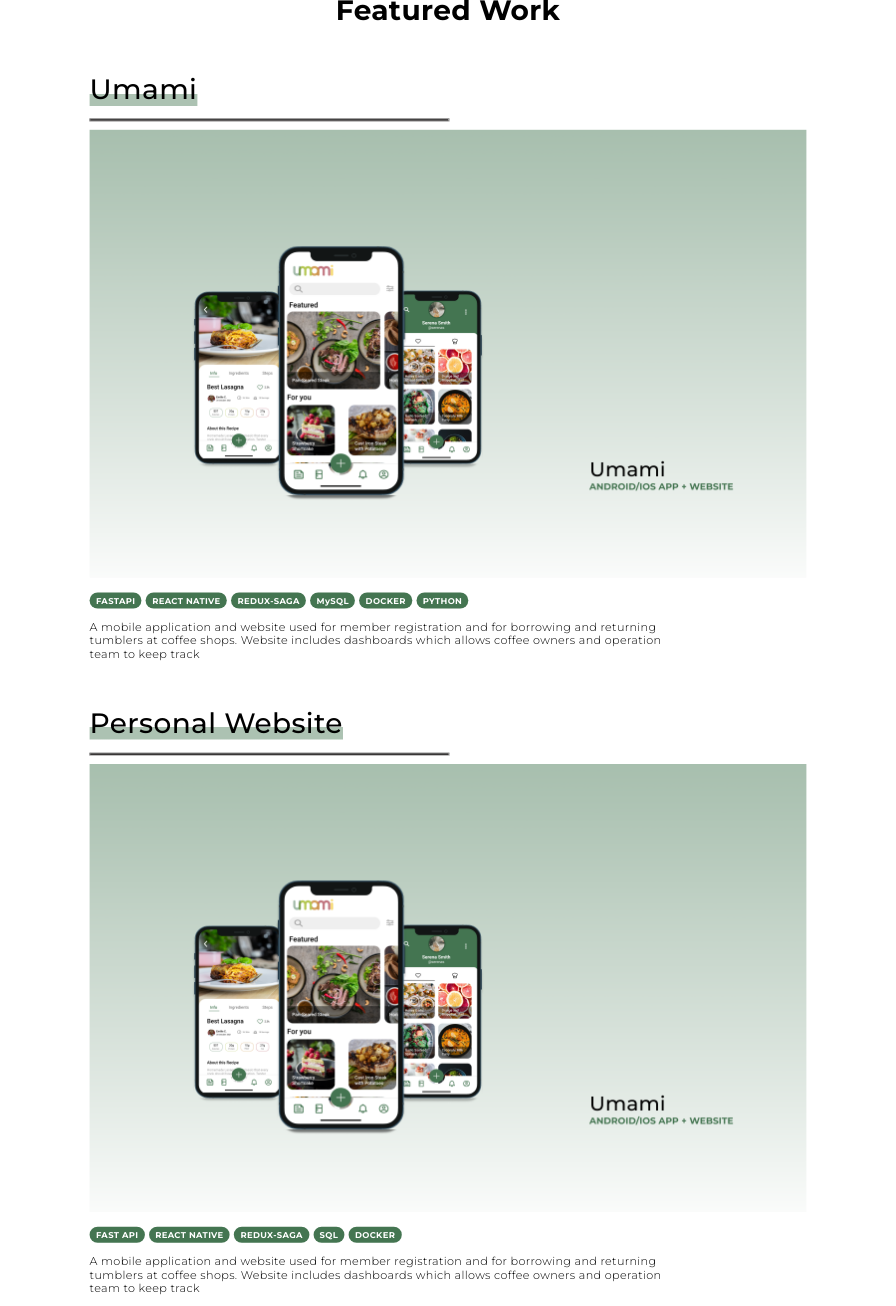
Repository: TangMartin/martintang
Page: index.html
An editor plug-in stored every save of this project. The page is shown before and after the next save, followed by the edit.
The browser window is 1280 px wide. The pictures show the part of the page from y = 1019 to 2939 px (the page is 2884 px tall before and 2939 px after), at 70% of full size.

Above is the page before, as saved 2021-11-24 21:44:00.

### index.html
<!DOCTYPE html>

<html>
    <head>
        <link href="./styles/style.css" rel="stylesheet">
        <link rel="preconnect" href="https://fonts.googleapis.com">
        <link rel="preconnect" href="https://fonts.gstatic.com" crossorigin>
        <link href="https://fonts.googleapis.com/css2?family=Montserrat:wght@300;500;700&display=swap" rel="stylesheet">
        <title> Martin Tang</title>
    </head>

    <body>
        <!-- Nav Bar-->
        <!-- Main Page-->
        <div class="flex-main">
            <!-- Left Box-->
            <div class="flex-left">
                <h1>Hello! <span class="wave">👋🏻</span> </h1>
                <h1>I'm Martin Tang</h1>
                <hr style="height:5px; width:15%; margin-left:0; background-color:#222020; display: inline-block">
                <h3>I'm a <strong>developer</strong> who believes in leveraging technology to build a more inclusive, ethical and innovative future. </h3>
                <h3>I strive to create genuine relationships and values for both businesses, organizations, and users.</h3>
            </div>
            <!-- Right Box-->
            <div class="flex-right">
                <div class="image-stack">
                    <a style="grid-column: 8; grid-row: 10; cursor: pointer; --turn-radius: 12deg; cursor: pointer;" href="./Martin_Tang_Resume.pdf" target="_blank" download>
                        <img src="./assets/polaroids/Resume.png"/>
                    </a>
                    <img style="grid-column: 3; grid-row: 1; --turn-radius: -12deg;" src="./assets/polaroids/Apsc100.png" />
                    <img style="grid-column: 1; grid-row: 7; --turn-radius: -12deg;" src="./assets/polaroids/Sunset.png" />
                    <img style="grid-column: 7; grid-row: 5; --turn-radius: 15deg;" src="./assets/polaroids/Hongkongpng.png" />
                    <a style="grid-column: 3; grid-row: 12; --turn-radius: -12deg; cursor: pointer;" href="./pages/aboutme.html">
                        <img src="./assets/polaroids/Aboutme.png" />
                    </a>
                    <img style="grid-column: 4; grid-row: 5; --turn-radius: -4deg;"src="./assets/polaroids/Jetski.png" />
                    <a style="grid-column: 5; grid-row: 9; --turn-radius: 10deg; cursor: pointer;" href="#featuredwork">
                        <img src="./assets/polaroids/Projects.png"/>
                    </a>
                </div>
            </div>
        </div>
        <div class="featured_work" id="featuredwork">
            <!-- Featured Work -->
            <h1 style="text-align: center; padding-top: 5rem;"> Featured Work </h1>
            <ul class="work_list">

                <!-- Umami -->
                <li class="work_item">
                    <h1><span class="highlight" style="--highlighter-color: #ACC2B2;">Umami</span></h1>
                    <hr style="height:2.5px; width:50%; margin-left:0; background-color:#222020; display: inline-block; margin">
                    <img class="work_image" src="./assets/images/Umami.png" />
                    <div class="technologies">
                        <p>FASTAPI</p>
                        <p>REACT NATIVE</p>
                        <p>REDUX-SAGA</p>
                        <p>MySQL</p>
                        <p>DOCKER</p>
                        <p>PYTHON</p>
                    </div>
                    <p class="work_description">
                        A mobile application and website used for member registration and for borrowing and returning tumblers at coffee shops.  Website includes dashboards which allows coffee owners and operation team to keep track
                    </p>
                </li>

                <!-- Personal Website -->
                <li class="work_item">
                    <h1><span class="highlight" style="--highlighter-color: #ACC2B2">Personal Website</span></h1>
                    <hr style="height:2.5px; width:50%; margin-left:0; background-color:#222020; display: inline-block">
                    <img class="work_image" src="./assets/images/Umami.png" />
                    <div class="technologies">
                        <p>FAST API</p>
                        <p>REACT NATIVE</p>
                        <p>REDUX-SAGA</p>
                        <p>SQL</p>
                        <p>DOCKER</p>
                    </div>
                    <p class="work_description">
                        A mobile application and website used for member registration and for borrowing and returning tumblers at coffee shops.  Website includes dashboards which allows coffee owners and operation team to keep track
                    </p>
                </li>

            </ul>
        </div>
    </body>
</html>

### styles/style.css
:root {
    --highlighter-color: #EEDF5B;
    --umami-color: #447551;
    --turn-radius: 6deg;
}

html{
    scroll-behavior: smooth;
}
body {
    max-width: 70rem;
    margin-right: auto;
    margin-left: auto;
    width: 80vw;
    padding-top: 2rem;
}

body,
h1,
h2,
h3,
h4,
h5 {
  font-family: 'Montserrat', sans-serif;
  letter-spacing: 0.5px;
}

h3 {
    margin-top: 10px;
    color: #222020;
    font-size: 20px;
    font-weight: 300;
}

/* MAIN PAGE */
.flex-main {
    display: flex;
    flex-direction: row;
}
.flex-main h1 {
    display: flex;
    flex-direction: row;
    font-size: 50px;
    margin: 5px 0px 10px 0px;
}

.flex-left {
    width: 40%;
    padding-top: 23%;
    padding-bottom: 2%;
}
.flex-right {
    width: 60%;
}
.image-stack{
    display: grid;
    grid-template-columns: repeat(12, 55px);
    grid-template-rows: repeat(19, 48px);
    padding-left: 10%;

}
.image-stack img {
    transition: all 0.3s ease-in-out 0s;
}
.image-stack img:hover {
    transform: rotate(var(--turn-radius));
    transition: all 0.3s ease-in-out 0s;
}

.wave {
    animation-name: wave-animation;  /* Refers to the name of your @keyframes element below */
    animation-duration: 2.5s;        /* Change to speed up or slow down */
    animation-iteration-count: infinite;  /* Never stop waving :) */
    transform-origin: 70% 70%;       /* Pivot around the bottom-left palm */
    display: inline-block;
  }

  @keyframes wave-animation {
      0% { transform: rotate( 0.0deg) }
     10% { transform: rotate(14.0deg) }  /* The following five values can be played with to make the waving more or less extreme */
     20% { transform: rotate(-8.0deg) }
     30% { transform: rotate(14.0deg) }
     40% { transform: rotate(-4.0deg) }
     50% { transform: rotate(10.0deg) }
     60% { transform: rotate( 0.0deg) }  /* Reset for the last half to pause */
    100% { transform: rotate( 0.0deg) }
  }

/* FEATUERED WORK */
.featured_work {
    margin-top: -5%;
}
.featured_work h1 {
    font-size: 40px;
}
.work_list {
    list-style: none;
    padding-left: 0;
}
.work_item {
    margin-top: 4rem;
}
.work_item h1{
    margin-bottom: 1%;
}
.work_item h3{
    font-size: 2rem;
    color: var(--umami-color);
}
.work_image {
    max-width: 100%;
}
.work_description {
    margin-top: 5px;
    font-weight: 300;
    width: 80%;
}
.highlight {
    background: linear-gradient(180deg, #FFFFFF 65%, var(--highlighter-color) 65%);
    font-weight: 400;
}
.technologies {
    margin-top: 5px;
    display: flex;
    flex-direction:row;

}
.technologies p {
    font-size: 12px;
    margin-right: 6px;
    color: #FFFFFF;
    font-weight: 600;
    border-radius:20px;
    padding: 4px 9px 4px 9px;
    background: var(--umami-color);
}

After the next save:
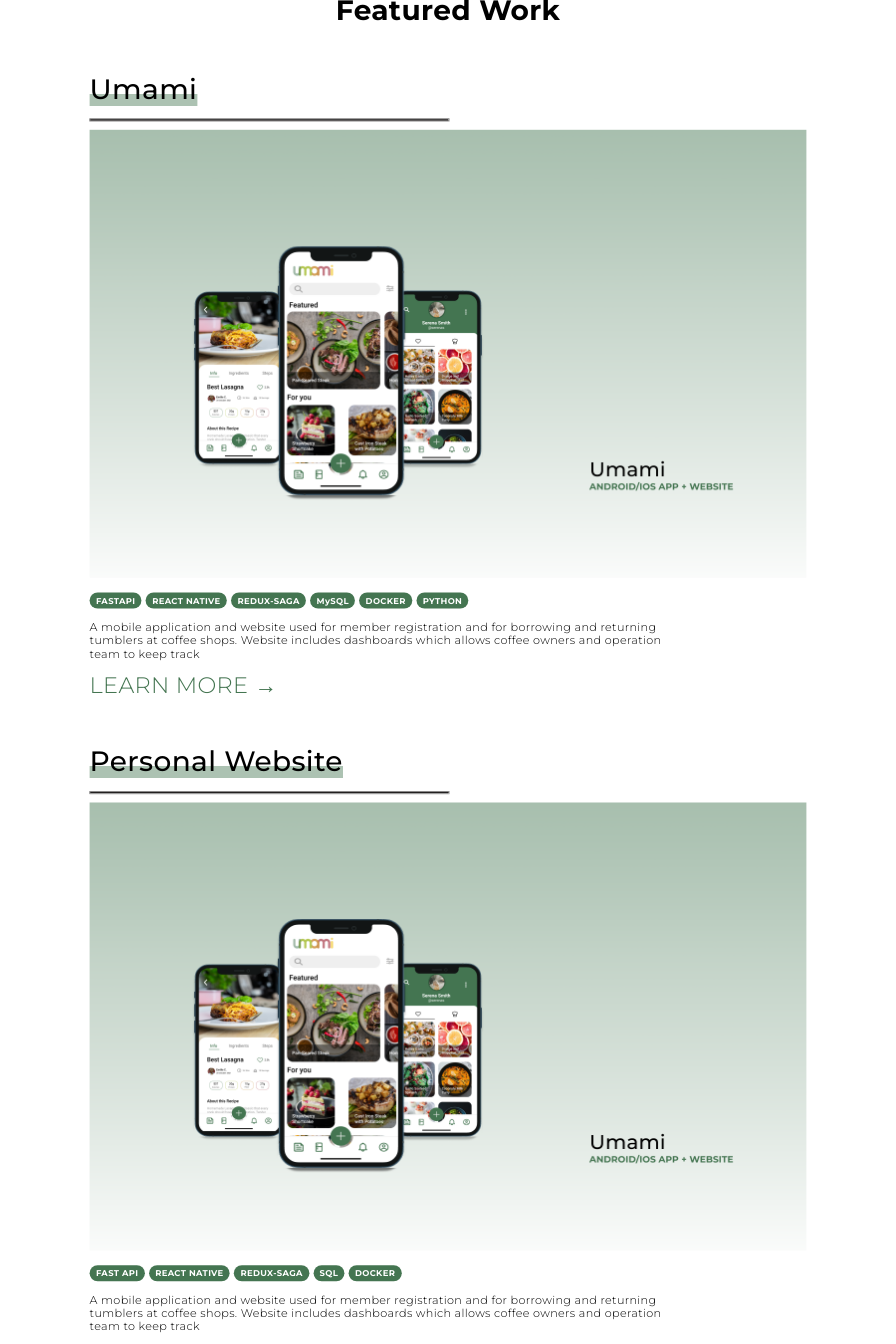
Saved 13 s later.
--- a/index.html
+++ b/index.html
@@ -61,6 +61,7 @@
                     <p class="work_description">
                         A mobile application and website used for member registration and for borrowing and returning tumblers at coffee shops.  Website includes dashboards which allows coffee owners and operation team to keep track
                     </p>
+                    <h3> LEARN MORE → </h3>
                 </li>
 
                 <!-- Personal Website -->
